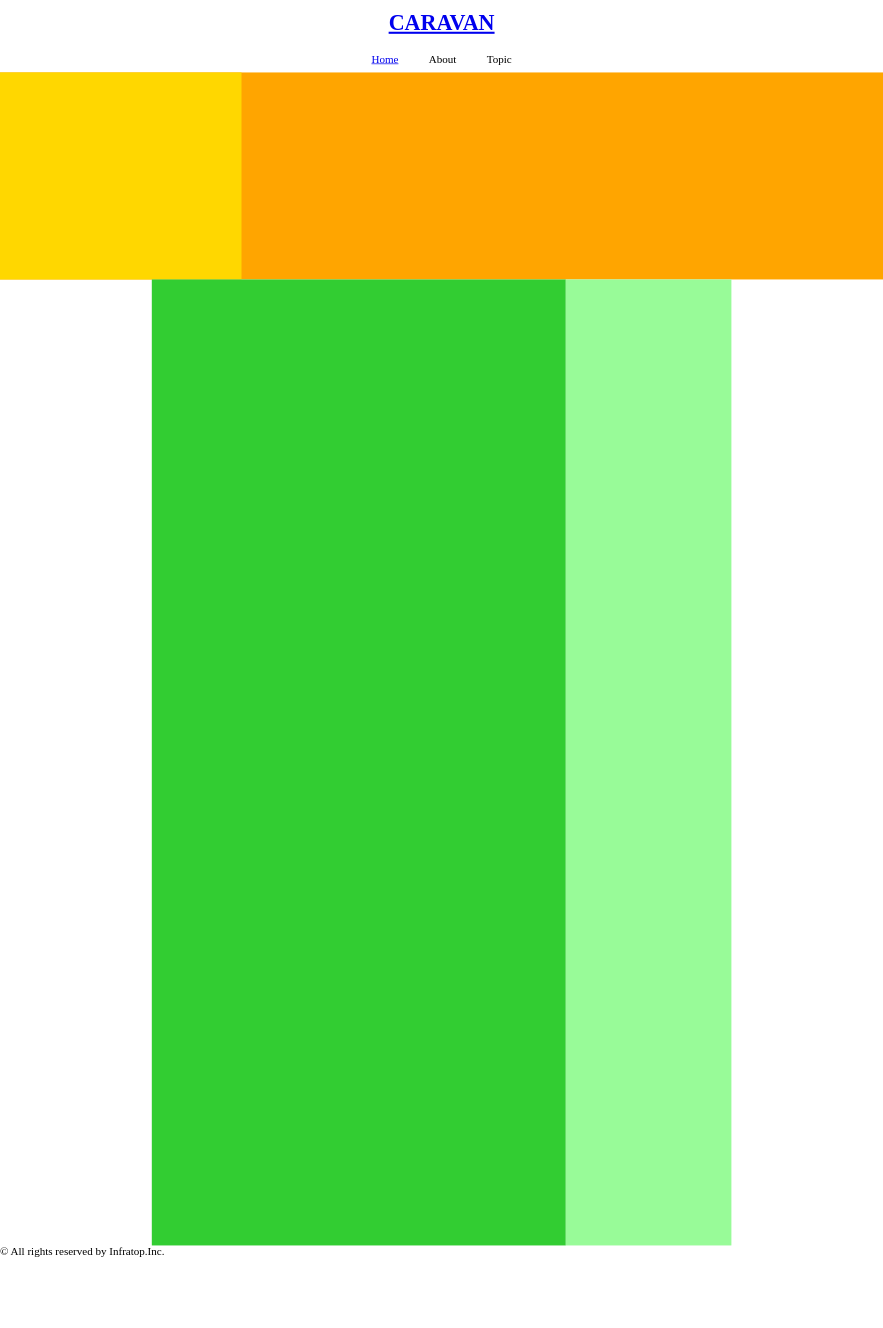
Repository: Nao002/practice
Page: caravan/index.html
The author's editor kept a record of every edit. The page is drawn from the files as they stood at one moment, then again after the next edit.
The browser window is 1280 px wide. The pictures show the whole page, at 69% of full size.

Above is the page before.

### caravan/index.html
<!DOCTYPE html>
<html lang="ja">
  <head>
    <meta charset="UTF-8" />
    <!-- CSSファイルの読み込み -->
    <link rel="stylesheet" href="style.css" />
    <title>CARAVAN</title>
  </head>

  <body>
    <!-- header -->
    <header>
      <h1 class="heading">
        <a href="index.html">
          CARAVAN
        </a>
      </h1>
    </header>

     <!-- navigation -->
    <nav>
      <ul class="nav-list">
        <li class="nav-list-item">
          <a href="index.html">Home</a>
        </li>
        <li class="nav-list-item">About</li>
        <li class="nav-list-item">Topic</li>
      </ul>
    </nav>

    <!-- main-visual用のdiv -->
    <div class="main-visual">
      <div class="main-visual-content"></div>
    </div>

    <!-- main用のdiv -->
    <div class="main">
      <div class="blog"></div>
      <div class="sidebar"></div>
    </div>

    <!-- footer -->
    <footer>
      <p class="footer-text">© All rights reserved by Infratop.Inc.</p>
    </footer>

  </body>
</html>

### caravan/style.css
/* ブラウザがそれぞれ持っているCSSをリセットするための記述 */
* {
  margin: 0;
  padding: 0;
  box-sizing: border-box;
}

header {
  width: 90%;
  padding: 15px 0;
  margin: 0 auto;
  text-align: center;
}

header .heading { /* headerタグ内のheadingクラスにのみ反映される */
  font-size: 32px;
}

.nav-list {
  text-align: center;
  padding: 10px 0;
  margin: 0 auto;
}

.nav-list-item {
  list-style: none;
  display: inline-block;
  margin: 0 20px;
}

.main-visual {
  width: 100%; /* 横幅いっぱい */
  height: 300px; /* 高さ300px */
  background-color: orange; /* 背景色orange */
}

.main-visual-content {
  width: 350px; /* 横幅350px */
  height: 300px; /* 親の高さに揃える */
  background-color: gold; /* 背景色gold */
}

.main {
  width: 840px; /* 横幅いっぱい */
  display: flex; /* Flexboxの利用 */
  justify-content: center; /* 子要素の横並び・中央寄せ */
  margin: 0 auto;
}

.blog {
  width: 600px; /* 横幅600px */
  height: 1400px; /* 高さ600px */
  background-color: limegreen; /* 背景色limegreen */
}

.sidebar {
  width: 240px; /* 横幅240px */
  height: 1400px; /* 高さ600px */
  background-color: palegreen; /* 背景色palegreen */
}

footer {
  width: 100%; /* 横幅いっぱい */
  height: 120px; /* 高さ120px */
}

After the next edit:
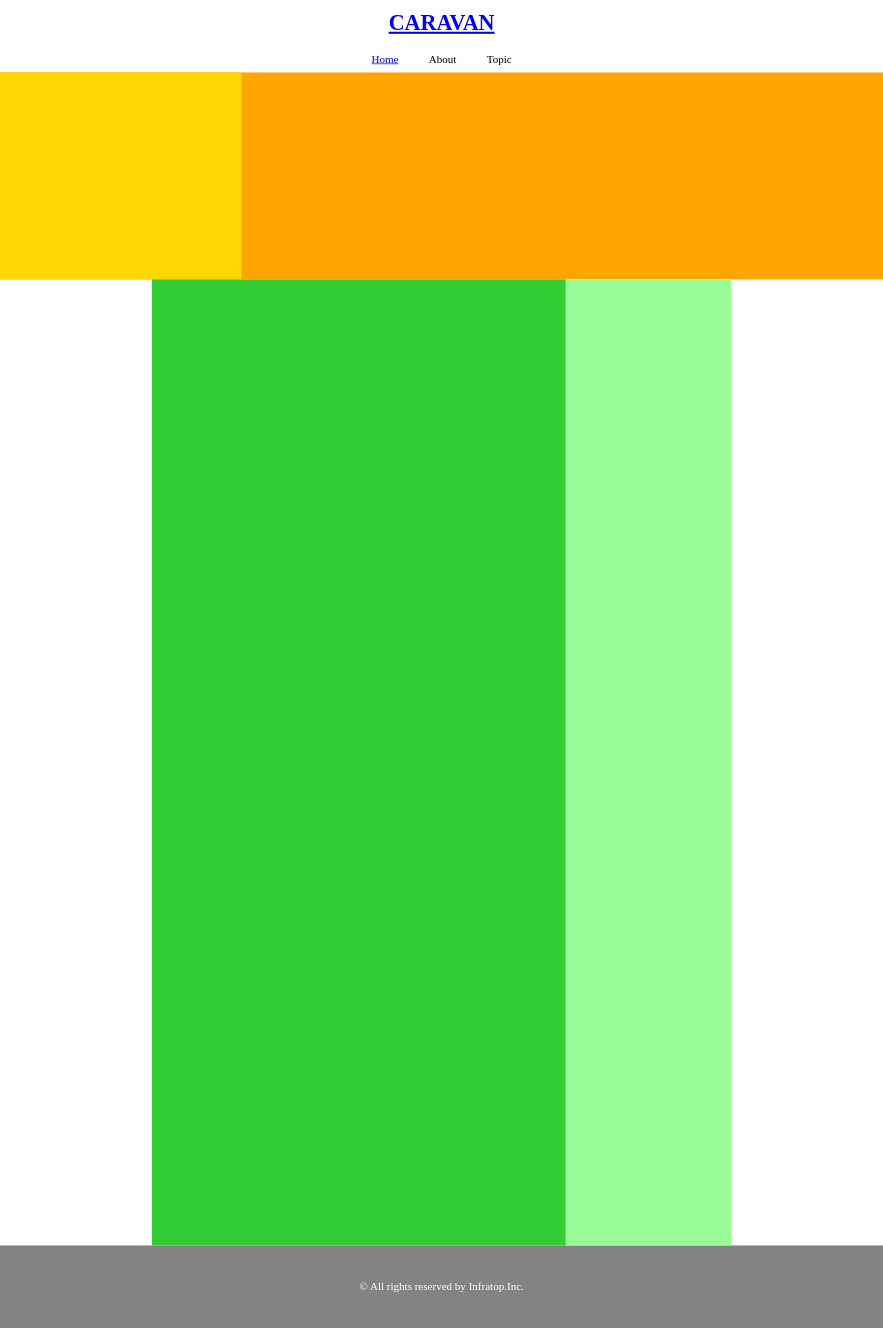
The edit:
--- a/caravan/style.css
+++ b/caravan/style.css
@@ -60,6 +60,13 @@
 }
 
 footer {
-  width: 100%; /* 横幅いっぱい */
-  height: 120px; /* 高さ120px */
+  width: 100%;
+  height: 120px;
+  text-align: center;
+  line-height: 120px;
+  background-color: #848282;
 }
+
+.footer-text {
+  color: #fff;
+}
